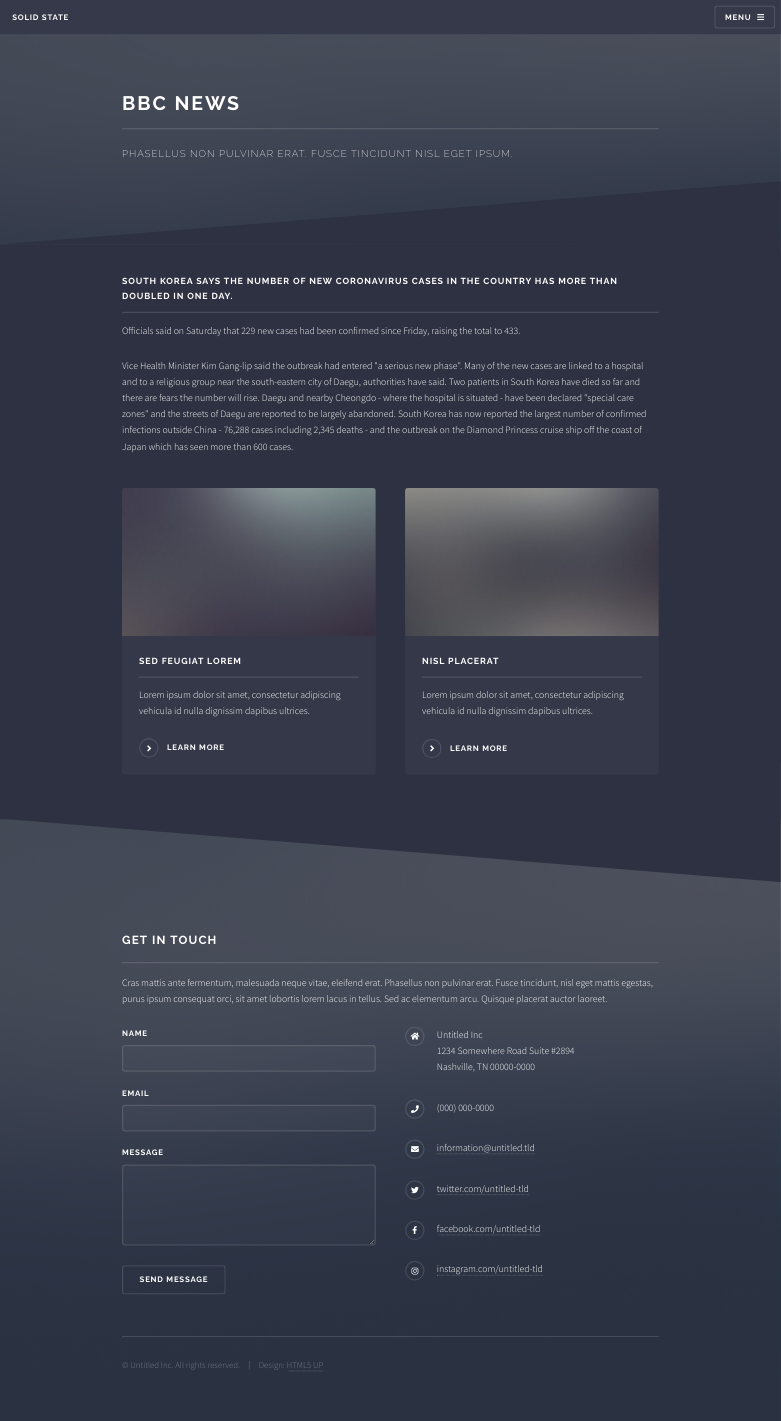
Repository: twoplus/solid_state_gr4
Page: generic.html
These files come from the project's save history. The page is drawn as it stood at one moment and after a run of saves; the edit follows.
The browser window is 1280 px wide. The pictures show the whole page, at 61% of full size.
Backgrounds fixed to the window are drawn as part of the page.

Above is the page before, as saved 2020-02-22 12:51:49.

After the next 6 saves:
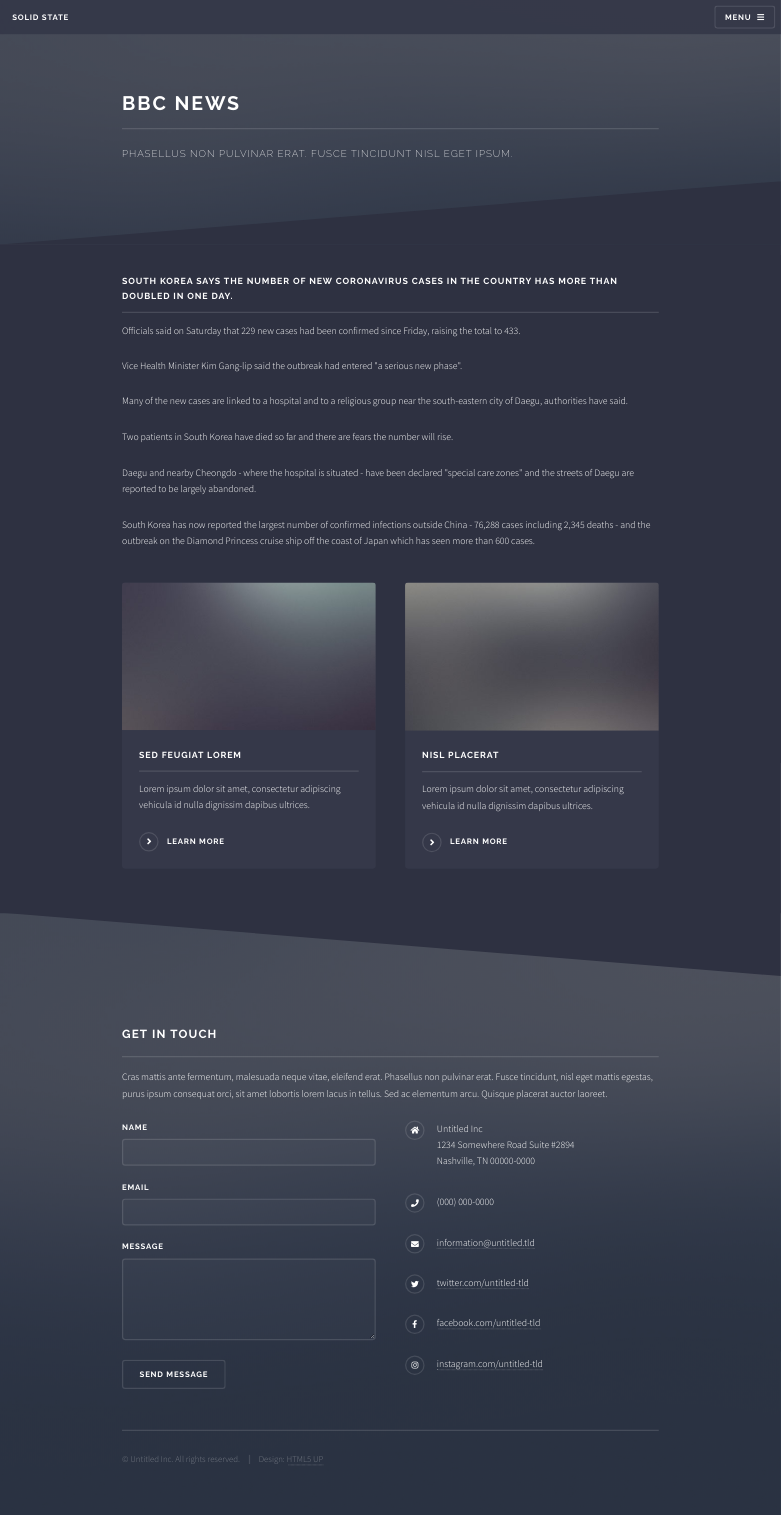
The 6 saves are shown as one change because they came seconds apart.
The last was saved 19 s later.
--- a/generic.html
+++ b/generic.html
@@ -60,13 +60,13 @@
 Officials said on Saturday that 229 new cases had been confirmed since Friday, raising the total to 433.
 									</p><p>
 Vice Health Minister Kim Gang-lip said the outbreak had entered "a serious new phase".
-
+</p><p>
 Many of the new cases are linked to a hospital and to a religious group near the south-eastern city of Daegu, authorities have said.
-
+</p><p>
 Two patients in South Korea have died so far and there are fears the number will rise.
-
+</p><p>
 Daegu and nearby Cheongdo - where the hospital is situated - have been declared "special care zones" and the streets of Daegu are reported to be largely abandoned.
-
+</p><p>
 South Korea has now reported the largest number of confirmed infections outside China - 76,288 cases including 2,345 deaths - and the outbreak on the Diamond Princess cruise ship off the coast of Japan which has seen more than 600 cases.
 									</p>
 
